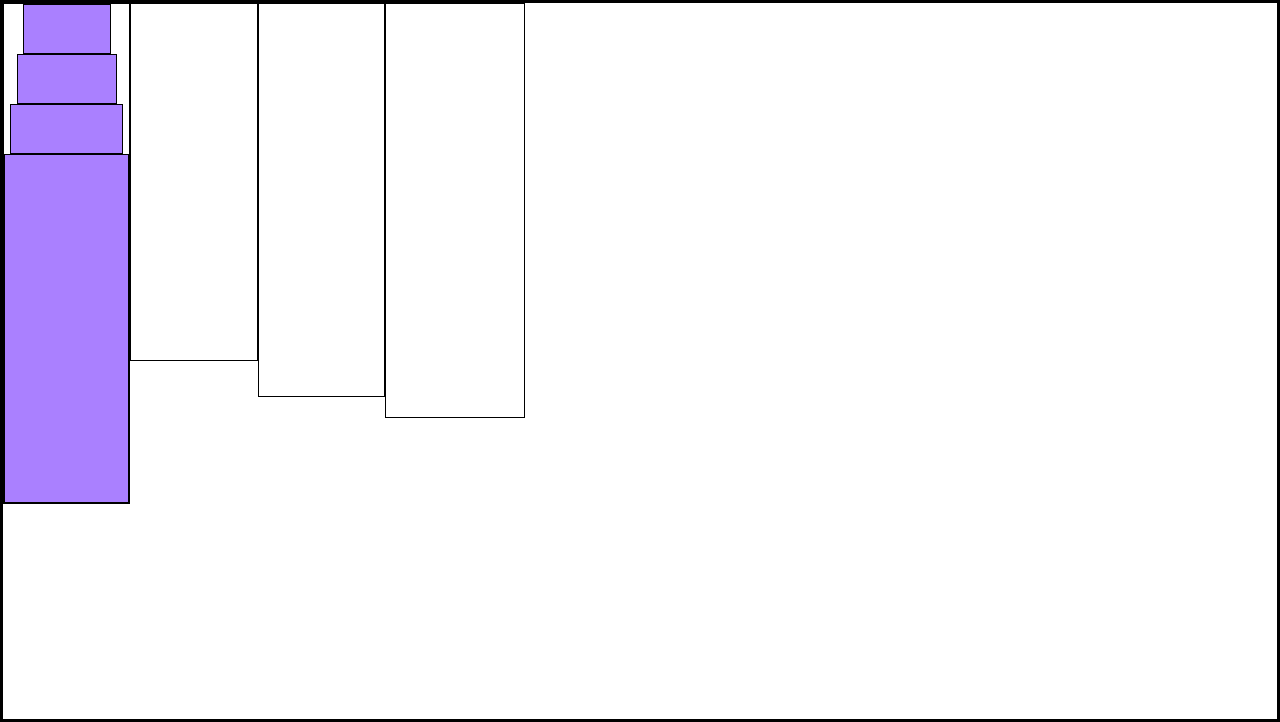
Repository: Lungdjos/city_skyline
Page: index.html
An editor plug-in stored every save of this project. The page is shown before and after a run of saves, followed by the edit.
The browser window is 1280 px wide. The pictures show the whole page.

Above is the page before, as saved 2023-12-11 09:48:42.

After the next 2 saves:
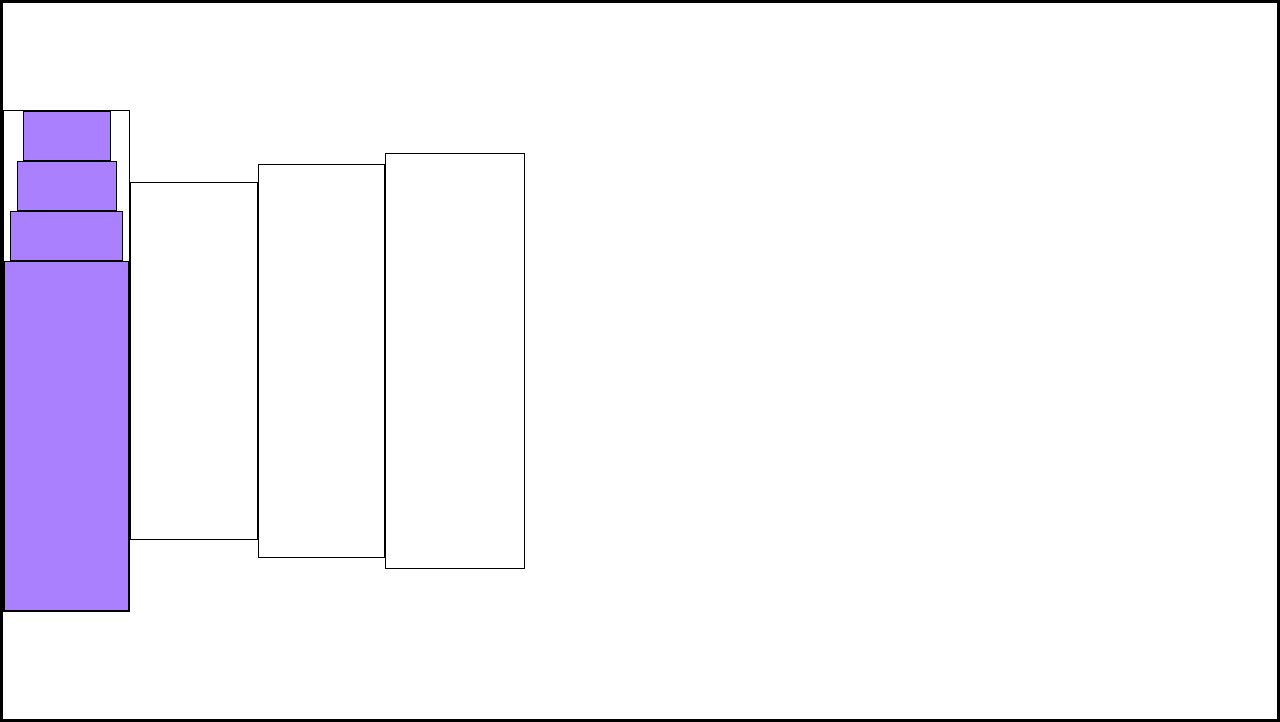
The 2 saves are shown as one change because they came seconds apart.
The last was saved 7 s later.
--- a/styles.css
+++ b/styles.css
@@ -13,7 +13,7 @@
     width: 100%;
     height: 100%;
     display: flex;
-    align-items: start;
+    align-items: center;
     justify-content: flex-start;
 }
 

After the save that followed:
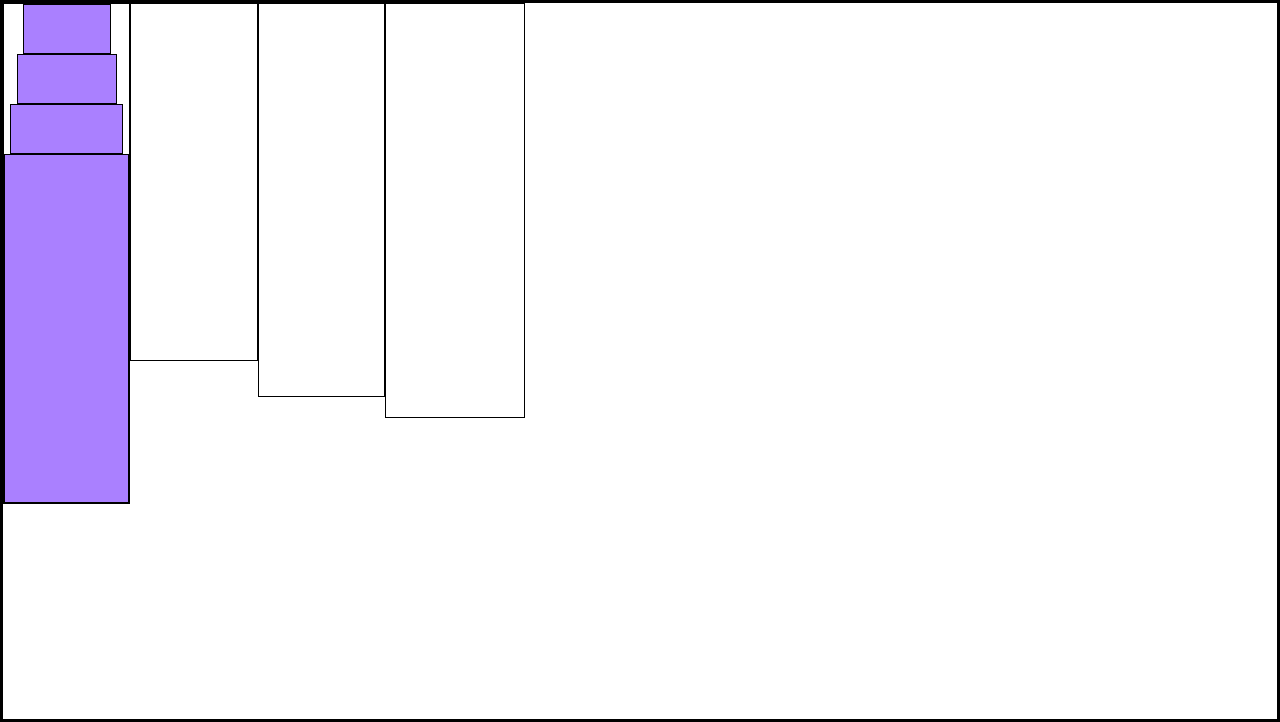
Saved 14 s later.
--- a/styles.css
+++ b/styles.css
@@ -13,7 +13,7 @@
     width: 100%;
     height: 100%;
     display: flex;
-    align-items: center;
+    align-items: ba;
     justify-content: flex-start;
 }
 
